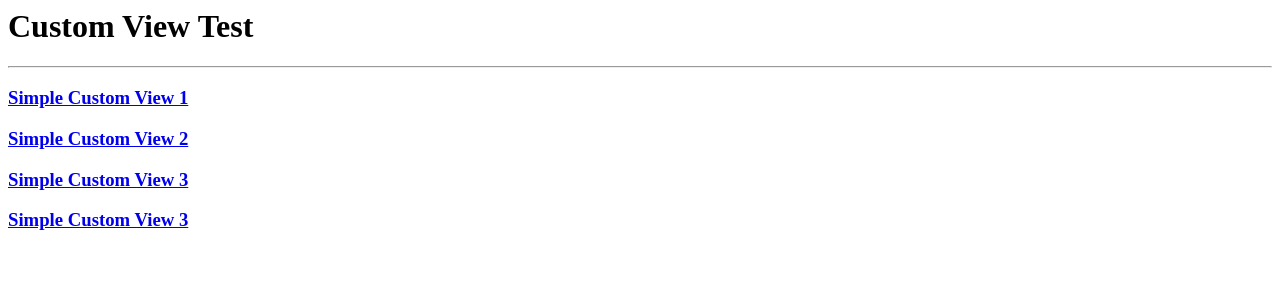
Repository: superThisMe/spring-basic
Page: http://localhost/05.spring-mvc-d/
These files come from the project's save history. The page is drawn as it stood at one moment and after the next save; the edit follows.
The browser window is 1280 px wide. The pictures show the whole page.
The page is served by Tomcat 9. Other server files are loaded and not shown.

Above is the page before, as saved 2019-12-19 07:36:09.

### 05.spring-mvc-d/src/main/webapp/WEB-INF/views/home.jsp
<%@ page pageEncoding="utf-8" contentType="text/html; charset=utf-8" %>
<html>
<head>
	<meta charset="utf-8">
	<title>Home</title>
</head>
<body>

	<h1>Custom View Test</h1>
	<hr>
	<h3><a href="custom-view-a.action">Simple Custom View 1</a></h3>
	<h3><a href="custom-view-b.action">Simple Custom View 2</a></h3>
	<h3><a href="custom-view-c.action">Simple Custom View 3</a></h3>
	<h3><a href="custom-view-c.action">Simple Custom View 3</a></h3>

</body>
</html>

After the next save:
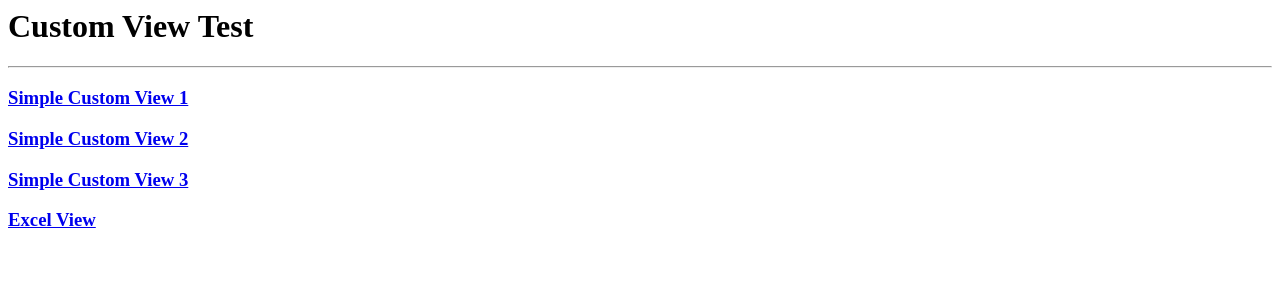
Saved 14 s later.
--- a/05.spring-mvc-d/src/main/webapp/WEB-INF/views/home.jsp
+++ b/05.spring-mvc-d/src/main/webapp/WEB-INF/views/home.jsp
@@ -11,7 +11,7 @@
 	<h3><a href="custom-view-a.action">Simple Custom View 1</a></h3>
 	<h3><a href="custom-view-b.action">Simple Custom View 2</a></h3>
 	<h3><a href="custom-view-c.action">Simple Custom View 3</a></h3>
-	<h3><a href="custom-view-c.action">Simple Custom View 3</a></h3>
+	<h3><a href="custom-view-c.action">Excel View</a></h3>
 
 </body>
 </html>
